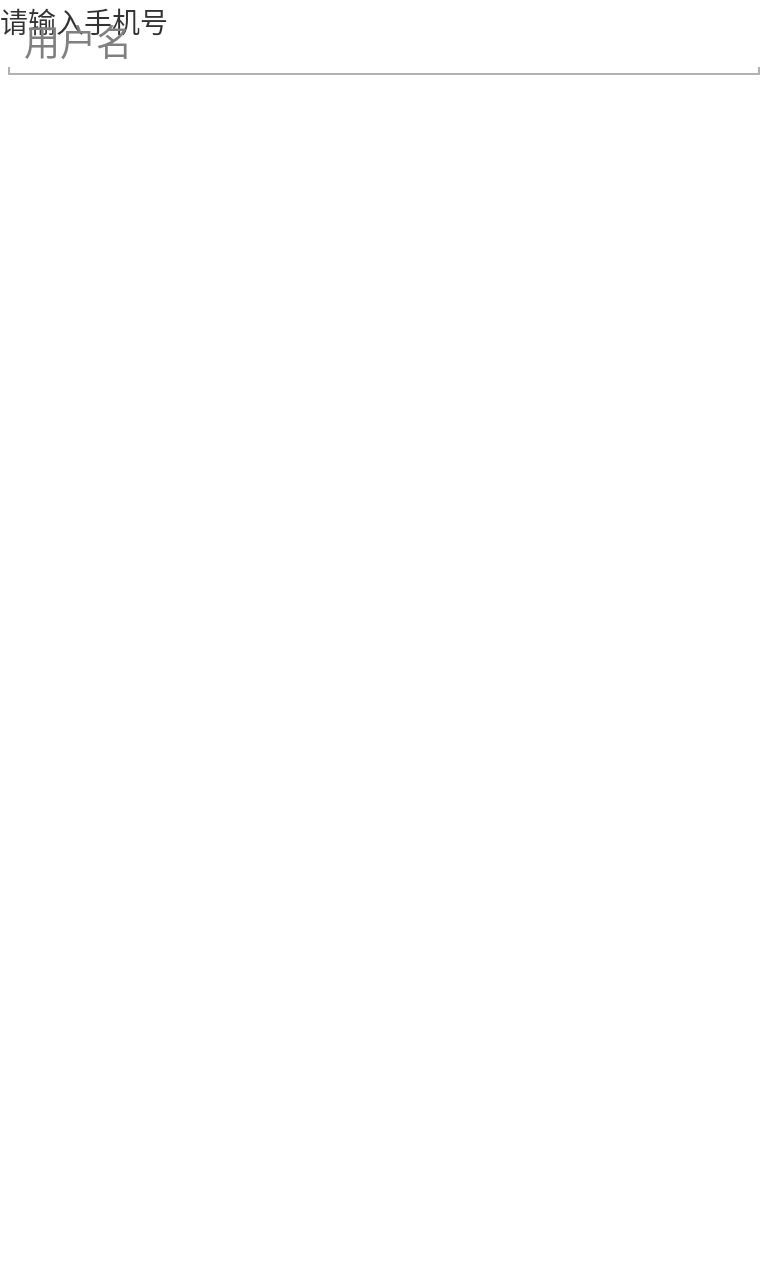
Repository: qq839924354/day01
Layout: code/Layout/res/layout/activity_main.xml
These files come from the project's save history. The layout is drawn as it stood at one moment and after the next save; the edit follows.
It is drawn on a 768 x 1280 px phone screen (xhdpi) without system bars, with theme AppTheme; the app's code is not run.

Above is the layout before, as saved 2013-02-28 08:11:43.

### code/Layout/res/layout/activity_main.xml
<RelativeLayout xmlns:android="http://schemas.android.com/apk/res/android"
    xmlns:tools="http://schemas.android.com/tools"
    android:layout_width="match_parent"
    android:layout_height="match_parent"
    tools:context=".MainActivity" >

    <TextView
        android:id="@+id/tv_phone"
        android:layout_width="wrap_content"
        android:layout_height="wrap_content"
        android:text="请输入手机号" />

    <EditText
        android:layout_below=""
         android:layout_width="fill_parent"
        android:layout_height="wrap_content"
        android:hint="用户名"
        />
</RelativeLayout>

Loaded but not shown: code/Layout/res/values/styles.xml (common file); code/Layout/res/values-v11/styles.xml (common file); code/Layout/res/values-v14/styles.xml (common file)

After the next save:
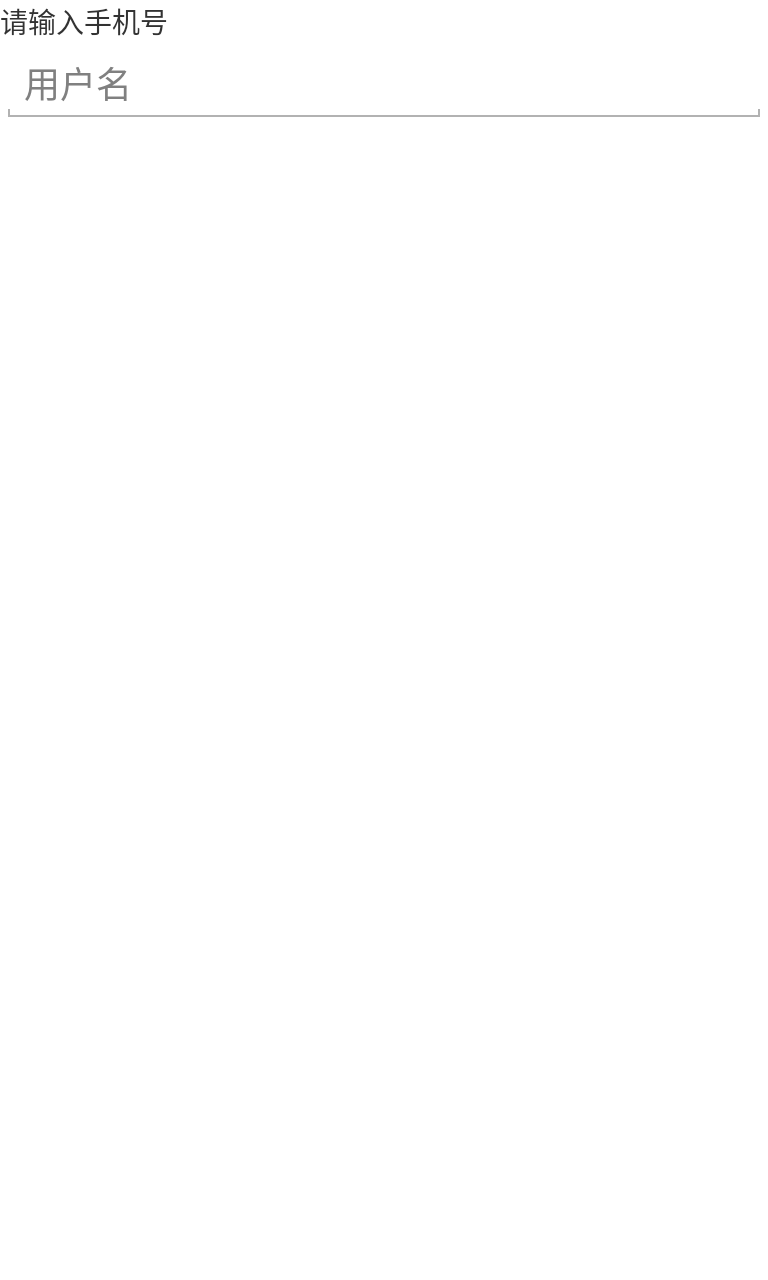
Saved 19 s later.
--- a/code/Layout/res/layout/activity_main.xml
+++ b/code/Layout/res/layout/activity_main.xml
@@ -11,7 +11,7 @@
         android:text="请输入手机号" />
 
     <EditText
-        android:layout_below=""
+        android:layout_below="@id/tv_phone"
          android:layout_width="fill_parent"
         android:layout_height="wrap_content"
         android:hint="用户名"
